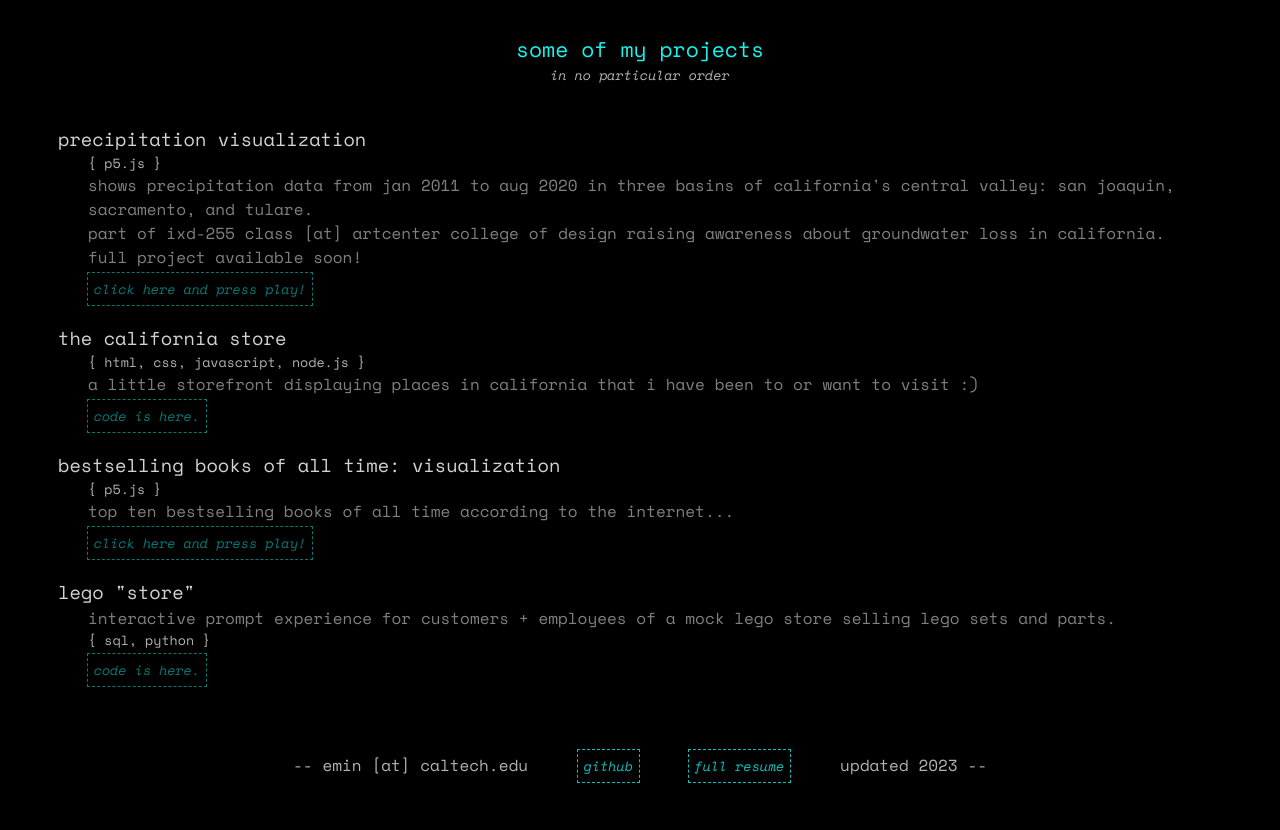
Repository: ellen-min/ellen-min.github.io
Page: projects.html
These files come from the project's save history. The page is drawn as it stood at one moment and after the next save; the edit follows.
The browser window is 1280 px wide. The pictures show the whole page.

Above is the page before, as saved 2023-04-05 22:15:19.

After the next save:
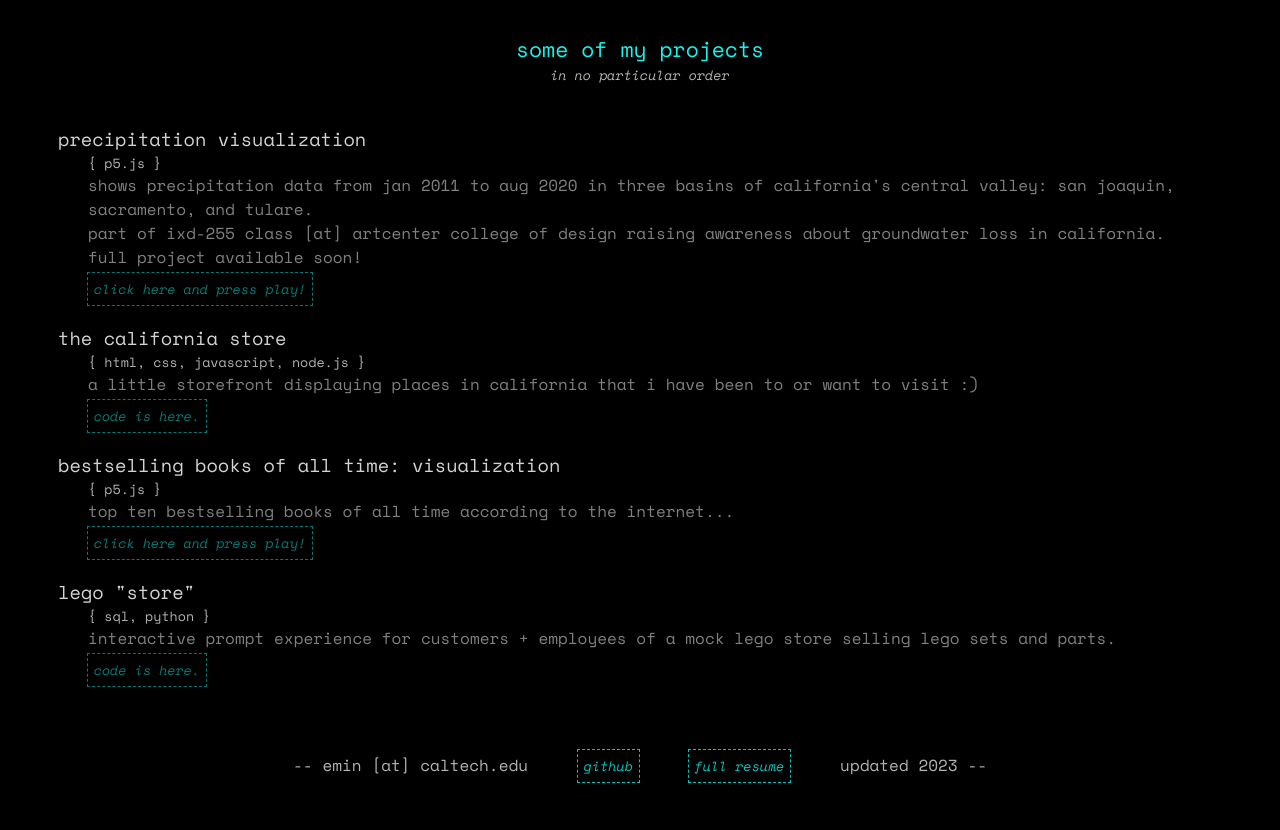
Saved 41 s later.
--- a/projects.html
+++ b/projects.html
@@ -51,8 +51,8 @@
 
     <div class="project">
       <h2>lego "store"</h2>
+      <p class="toolsused">{ sql, python }</p>
       <p>interactive prompt experience for customers + employees of a mock lego store selling lego sets and parts.</p>
-      <p class="toolsused">{ sql, python }</p>
       <p class="workex"><a href="https://github.com/ellen-min/lego-store" target="_blank">code is here.</a></p>
     </div>
   </body>
